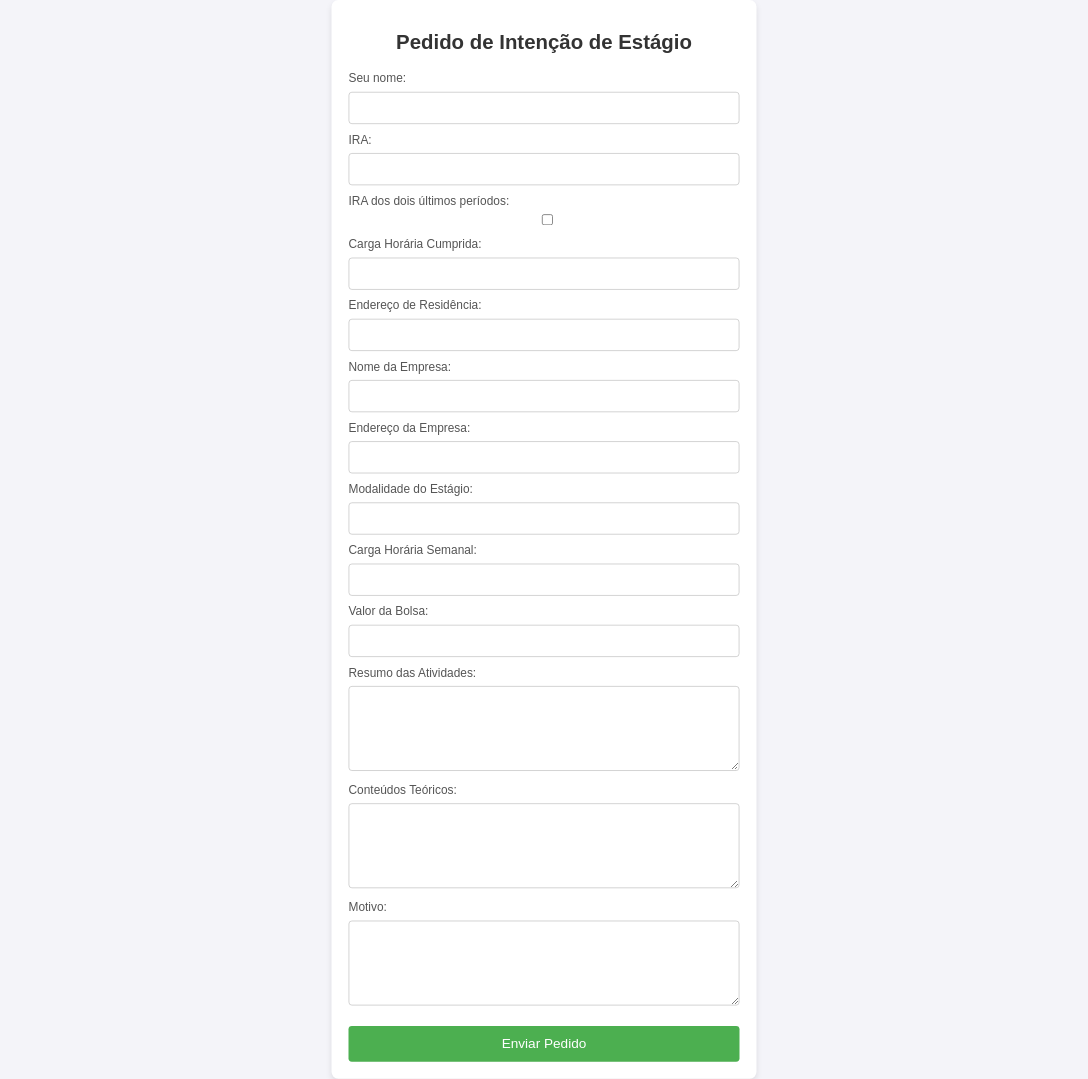
Repository: CronosUchoa/ArqSoft
Page: http://localhost/PedidoIntencaoNovoEstagioRDG/WEB-INF/JSPS/index.jsp
The author's editor kept a copy of each file at every save. The page is drawn from the files as they stood at one save, then again after the next save.
The browser window is 1280 px wide. The pictures show the whole page, at 85% of full size.
The page is served by Tomcat 9. Nobody is signed in. The template is opened directly, without the code that normally fills it, so the values that code supplies are empty.

Above is the page before, as saved 2024-11-26 12:39:29.

After the next save:
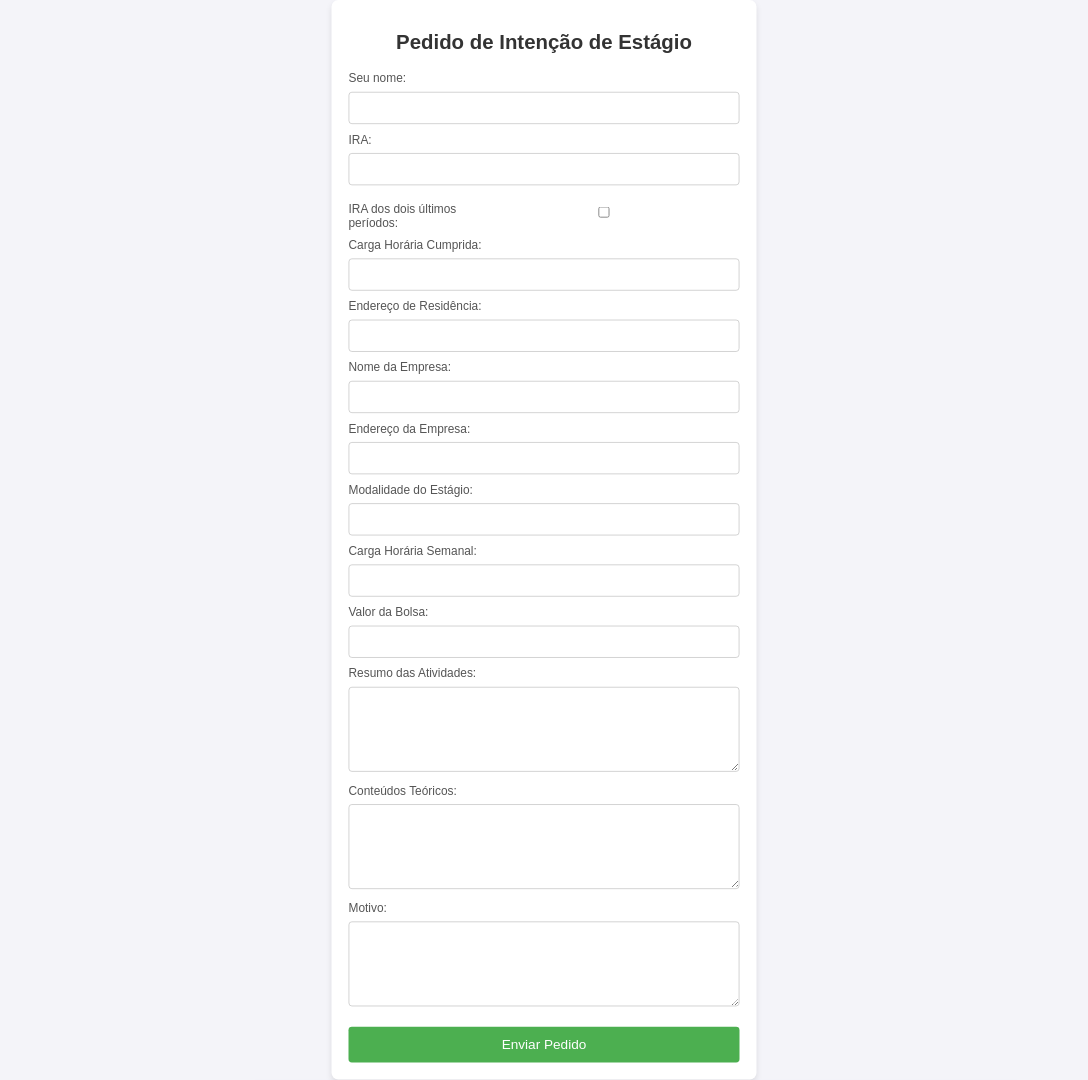
Saved 77 s later.
--- a/PedidoIntencaoNovoEstagioRDG/src/main/webapp/WEB-INF/JSPS/index.jsp
+++ b/PedidoIntencaoNovoEstagioRDG/src/main/webapp/WEB-INF/JSPS/index.jsp
@@ -73,8 +73,16 @@
         <label for="ira">IRA:</label>
         <input type="number" name="ira" id="ira" required><br>
 
-      	<label for="iraUlt">IRA dos dois últimos períodos:</label>
-        <input type="checkbox" name="iraUlt" id="iraUlt" value="true" onclick="this.value = this.checked ? 'true' : 'false';"><br>
+      	  <div style="display: flex; align-items: center; margin-top: 10px;">
+            <label for="iraUlt" style="margin-right: 10px;">IRA dos dois últimos períodos:</label>
+            <input
+                type="checkbox"
+                name="iraUlt"
+                id="iraUlt"
+                value="true"
+                onclick="this.value = this.checked ? 'true' : 'false';"
+                style="margin: 0;">
+        </div>
 
         <label for="cargaHorariaCumprida">Carga Horária Cumprida:</label>
         <input type="number" name="cargaHorariaCumprida" id="cargaHorariaCumprida" required><br>
